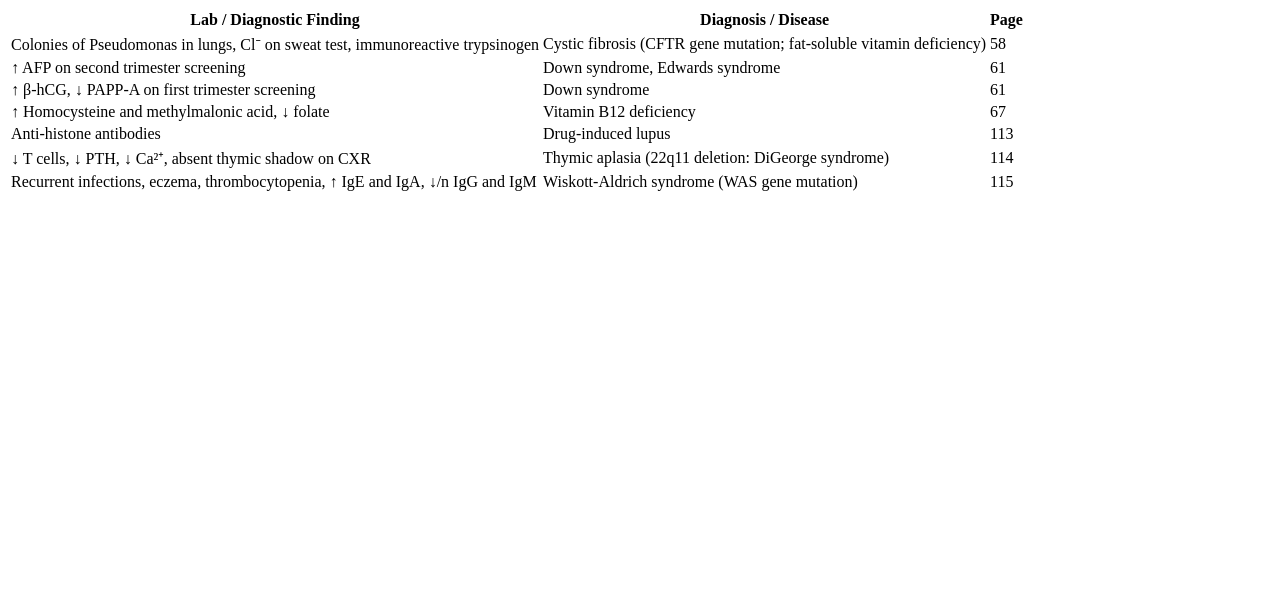
Repository: sharperdragon/STEVEL-1-Summaries
Page: subdex/rapid_findings.table.html
These files come from the project's save history. The page is drawn as it stood at one moment and after the next save; the edit follows.
The browser window is 1280 px wide. The pictures show the whole page.

Above is the page before, as saved 2025-05-21 08:13:13.

### subdex/rapid_findings.table.html
<div class="responsive-container">
  <table class="table3" id="rr-associations">
    <thead>
      <tr>
        <th>Lab / Diagnostic Finding</th>
        <th>Diagnosis / Disease</th>
        <th>Page</th>
      </tr>
    </thead>
    <tbody>
      <tr>
        <td>Colonies of Pseudomonas in lungs, Cl⁻ on sweat test, immunoreactive trypsinogen</td>
        <td>Cystic fibrosis (CFTR gene mutation; fat-soluble vitamin deficiency)</td>
        <td>58</td>
      </tr>
      <tr>
        <td>↑ AFP on second trimester screening</td>
        <td>Down syndrome, Edwards syndrome</td>
        <td>61</td>
      </tr>
      <tr>
        <td>↑ β-hCG, ↓ PAPP-A on first trimester screening</td>
        <td>Down syndrome</td>
        <td>61</td>
      </tr>
      <tr>
        <td>↑ Homocysteine and methylmalonic acid, ↓ folate</td>
        <td>Vitamin B12 deficiency</td>
        <td>67</td>
      </tr>
      <tr>
        <td>Anti-histone antibodies</td>
        <td>Drug-induced lupus</td>
        <td>113</td>
      </tr>
      <tr>
        <td>↓ T cells, ↓ PTH, ↓ Ca²⁺, absent thymic shadow on CXR</td>
        <td>Thymic aplasia (22q11 deletion: DiGeorge syndrome)</td>
        <td>114</td>
      </tr>
      <tr>
        <td>Recurrent infections, eczema, thrombocytopenia, ↑ IgE and IgA, ↓/n IgG and IgM</td>
        <td>Wiskott-Aldrich syndrome (WAS gene mutation)</td>
        <td>115</td>
      </tr>
    </tbody>
  </table>
</div>

After the next save:
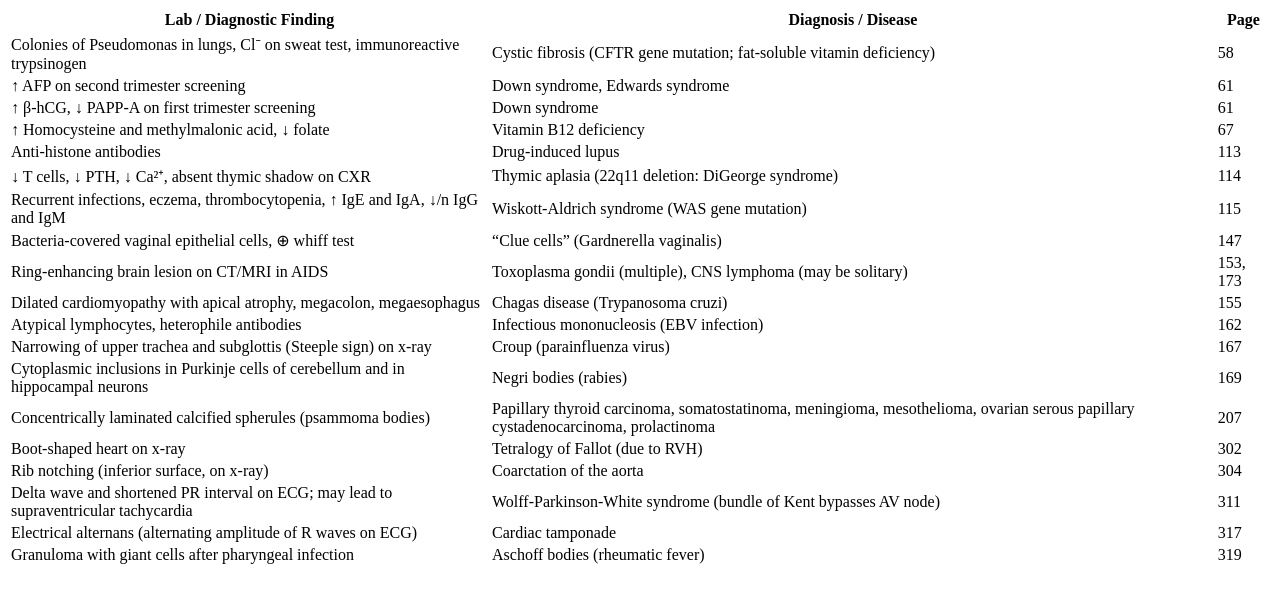
Saved 106 s later.
--- a/subdex/rapid_findings.table.html
+++ b/subdex/rapid_findings.table.html
@@ -43,6 +43,66 @@
         <td>Wiskott-Aldrich syndrome (WAS gene mutation)</td>
         <td>115</td>
       </tr>
+      <tr>
+        <td>Bacteria-covered vaginal epithelial cells, ⊕ whiff test</td>
+        <td>“Clue cells” (Gardnerella vaginalis)</td>
+        <td>147</td>
+      </tr>
+      <tr>
+        <td>Ring-enhancing brain lesion on CT/MRI in AIDS</td>
+        <td>Toxoplasma gondii (multiple), CNS lymphoma (may be solitary)</td>
+        <td>153, 173</td>
+      </tr>
+      <tr>
+        <td>Dilated cardiomyopathy with apical atrophy, megacolon, megaesophagus</td>
+        <td>Chagas disease (Trypanosoma cruzi)</td>
+        <td>155</td>
+      </tr>
+      <tr>
+        <td>Atypical lymphocytes, heterophile antibodies</td>
+        <td>Infectious mononucleosis (EBV infection)</td>
+        <td>162</td>
+      </tr>
+      <tr>
+        <td>Narrowing of upper trachea and subglottis (Steeple sign) on x-ray</td>
+        <td>Croup (parainfluenza virus)</td>
+        <td>167</td>
+      </tr>
+      <tr>
+        <td>Cytoplasmic inclusions in Purkinje cells of cerebellum and in hippocampal neurons</td>
+        <td>Negri bodies (rabies)</td>
+        <td>169</td>
+      </tr>
+      <tr>
+        <td>Concentrically laminated calcified spherules (psammoma bodies)</td>
+        <td>Papillary thyroid carcinoma, somatostatinoma, meningioma, mesothelioma, ovarian serous papillary cystadenocarcinoma, prolactinoma</td>
+        <td>207</td>
+      </tr>
+      <tr>
+        <td>Boot-shaped heart on x-ray</td>
+        <td>Tetralogy of Fallot (due to RVH)</td>
+        <td>302</td>
+      </tr>
+      <tr>
+        <td>Rib notching (inferior surface, on x-ray)</td>
+        <td>Coarctation of the aorta</td>
+        <td>304</td>
+      </tr>
+      <tr>
+        <td>Delta wave and shortened PR interval on ECG; may lead to supraventricular tachycardia</td>
+        <td>Wolff-Parkinson-White syndrome (bundle of Kent bypasses AV node)</td>
+        <td>311</td>
+      </tr>
+      <tr>
+        <td>Electrical alternans (alternating amplitude of R waves on ECG)</td>
+        <td>Cardiac tamponade</td>
+        <td>317</td>
+      </tr>
+      <tr>
+        <td>Granuloma with giant cells after pharyngeal infection</td>
+        <td>Aschoff bodies (rheumatic fever)</td>
+        <td>319</td>
+      </tr>
     </tbody>
   </table>
 </div>
